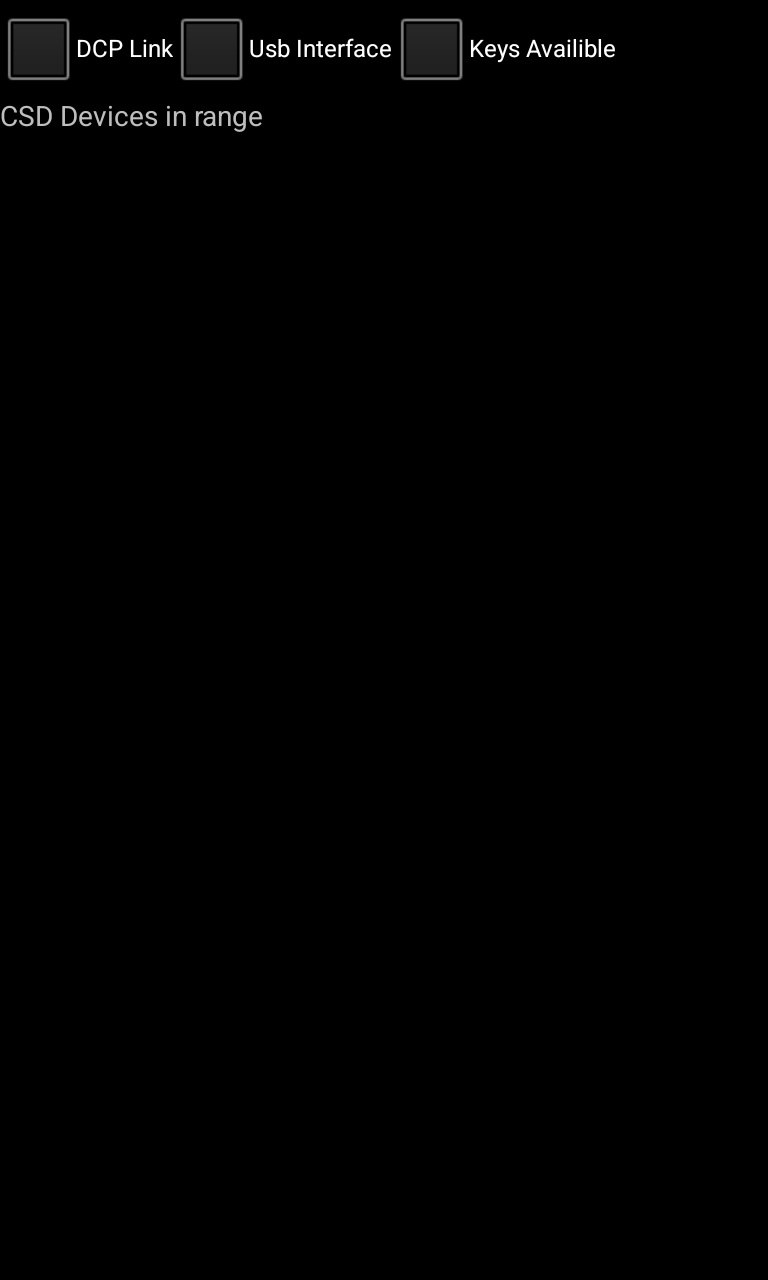
Repository: sergioenriquez/CSTE
Layout: HNAD/res/layout/devicelist.xml
An editor plug-in stored every save of this project. The layout is shown before and after the next save, followed by the edit.
It is drawn on a 768 x 1280 px phone screen (xhdpi) without system bars, with theme android:Theme.NoTitleBar; the app's code is not run. Lists and similar views that code fills are empty.

Above is the layout before, as saved 2011-12-18 03:42:20.

### HNAD/res/layout/devicelist.xml
<?xml version="1.0" encoding="utf-8"?>
<LinearLayout
    xmlns:android="http://schemas.android.com/apk/res/android"
    android:orientation="vertical"
    android:layout_width="fill_parent"
    android:layout_height="fill_parent">
    <LinearLayout
        android:orientation="horizontal"
        android:layout_width="match_parent"
        android:layout_height="wrap_content">
        <CheckBox
	        android:id="@+id/dcplink"
	        android:text="DCP Link"
	        android:textSize="12"
	        android:editable="false"
	        android:layout_width="wrap_content"
			android:layout_height="wrap_content"/>
        <CheckBox
	        android:id="@+id/usblink"
	        android:text="Usb Interface"
	        android:textSize="12"
	        android:editable="false"
	        android:layout_width="wrap_content"
			android:layout_height="wrap_content"/>
        <CheckBox
	        android:id="@+id/keysavalible"
	        android:text="Keys Availible"
	        android:textSize="12"
	        android:editable="false"
	        android:layout_width="wrap_content"
			android:layout_height="wrap_content"/>
	</LinearLayout>
	<TextView
	    android:layout_width="fill_parent"
	    android:layout_height="wrap_content"
	    android:text="CSD Devices in range"/>
	<ListView
        android:id="@+id/devicesList"
        android:layout_width="match_parent"
        android:layout_height="match_parent" />
</LinearLayout>

After the next save:
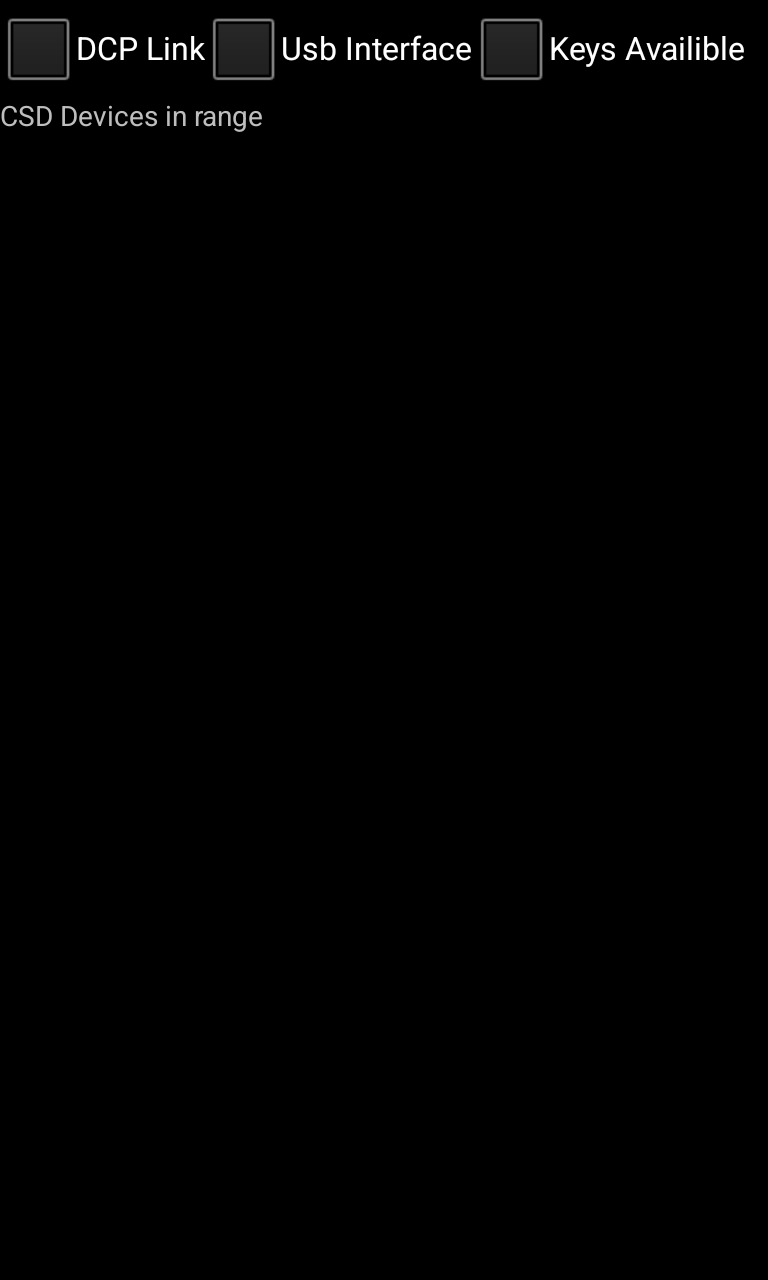
Saved 2 min 17 s later.
--- a/HNAD/res/layout/devicelist.xml
+++ b/HNAD/res/layout/devicelist.xml
@@ -11,21 +11,21 @@
         <CheckBox
 	        android:id="@+id/dcplink"
 	        android:text="DCP Link"
-	        android:textSize="12"
+
 	        android:editable="false"
 	        android:layout_width="wrap_content"
 			android:layout_height="wrap_content"/>
         <CheckBox
 	        android:id="@+id/usblink"
 	        android:text="Usb Interface"
-	        android:textSize="12"
+
 	        android:editable="false"
 	        android:layout_width="wrap_content"
 			android:layout_height="wrap_content"/>
         <CheckBox
 	        android:id="@+id/keysavalible"
 	        android:text="Keys Availible"
-	        android:textSize="12"
+
 	        android:editable="false"
 	        android:layout_width="wrap_content"
 			android:layout_height="wrap_content"/>
